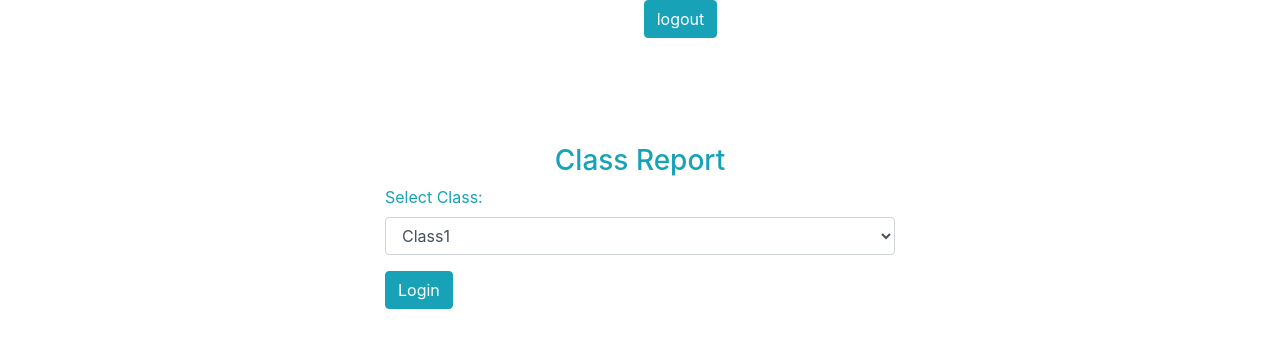
Repository: sindurup/Phase2Project
Page: http://localhost/LearnersAcademyPro/classInfo.jsp
An editor plug-in stored every save of this project. The page is shown before and after the next save, followed by the edit.
The browser window is 1280 px wide. The pictures show the whole page.
Some web libraries are served in a nearby version. The page is served by Tomcat 9. The session is filled in as if someone had signed in: {"uname": "Test User", "pw": 1}.

Above is the page before, as saved 2021-09-27 12:45:38.
Console error: TypeError: Cannot read properties of undefined (reading 'fn')

After the next save:
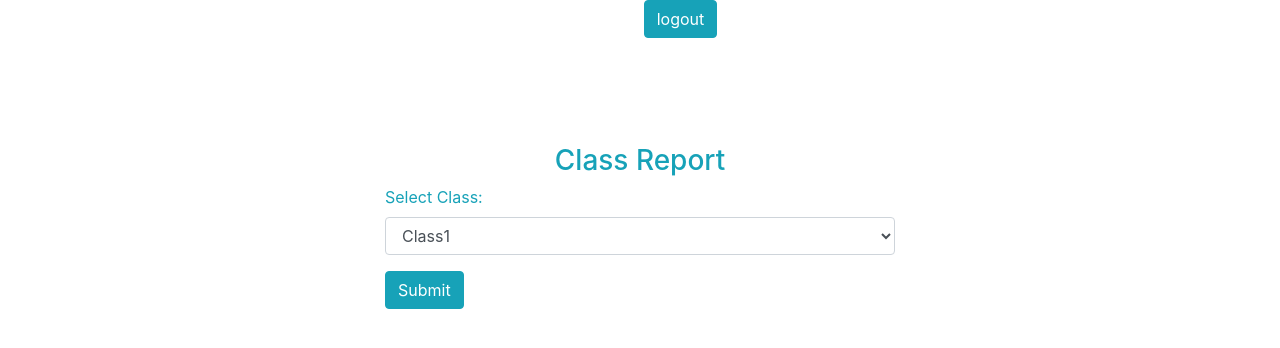
Saved 64 s later.
--- a/LearnersAcademyPro/src/main/webapp/classInfo.jsp
+++ b/LearnersAcademyPro/src/main/webapp/classInfo.jsp
@@ -65,7 +65,7 @@ HttpSession session1=request.getSession();
 
                             <div class="form-group">
 
-                                <input type="submit" name="Login" class="btn btn-info btn-md" value="Login">
+                                <input type="submit" name="Submit" class="btn btn-info btn-md" value="Submit">
                             </div>
 
                         </form>
